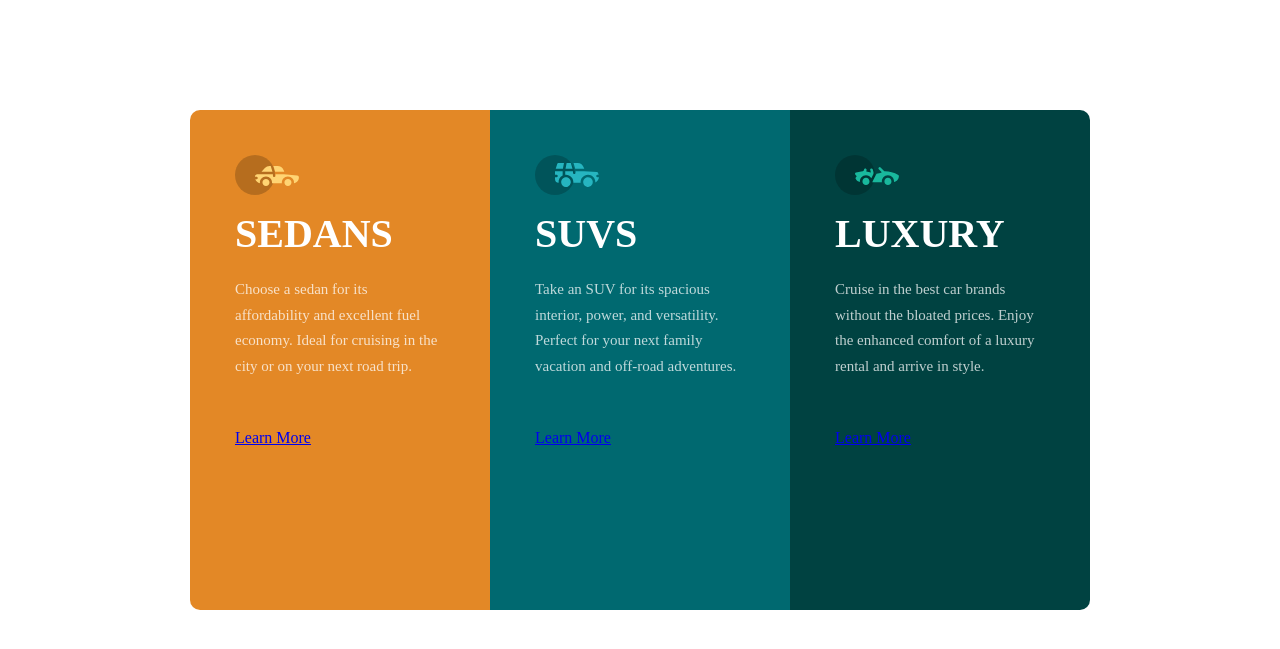
Repository: KamoliddinGIT/column-preview-card
Page: index.html
An editor plug-in stored every save of this project. The page is shown before and after the next save, followed by the edit.
The browser window is 1280 px wide. The pictures show the whole page.

Above is the page before, as saved 2023-09-15 16:37:14.

After the next save:
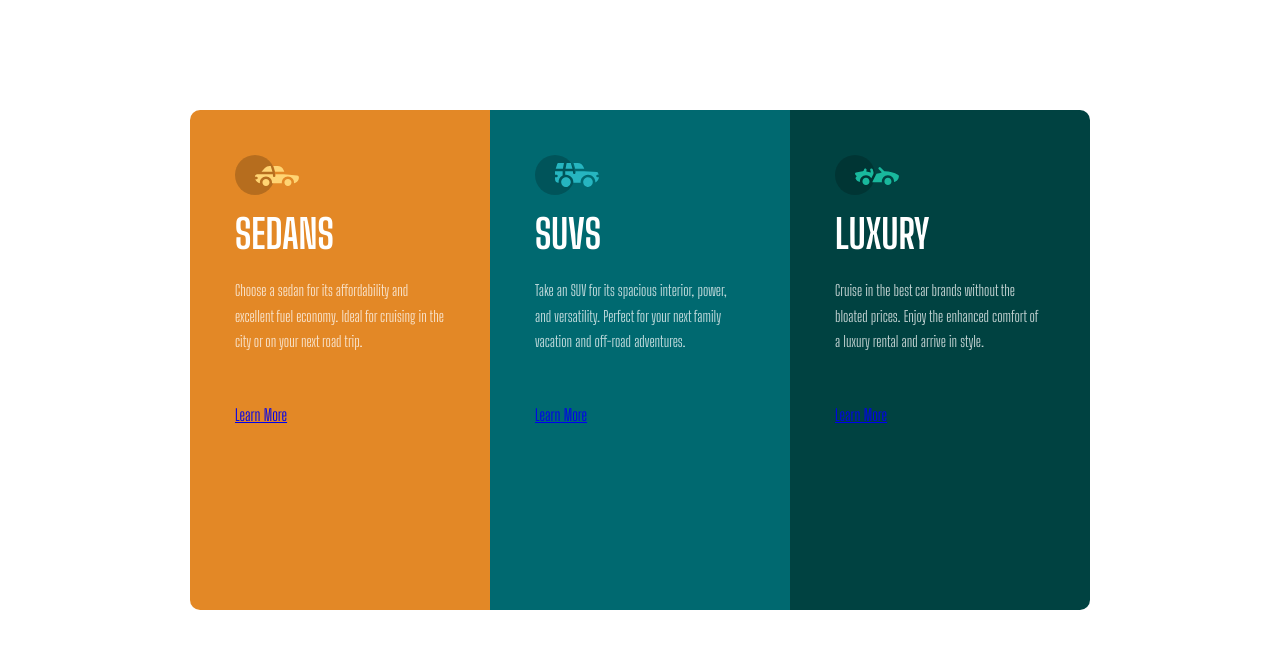
Saved 9 s later.
--- a/css/style.css
+++ b/css/style.css
@@ -10,6 +10,7 @@ body {
   align-items: center;
   width: 100%;
   height: 100vh;
+  font-family: "Big Shoulders Display", cursive;
 }
 
 .container {
